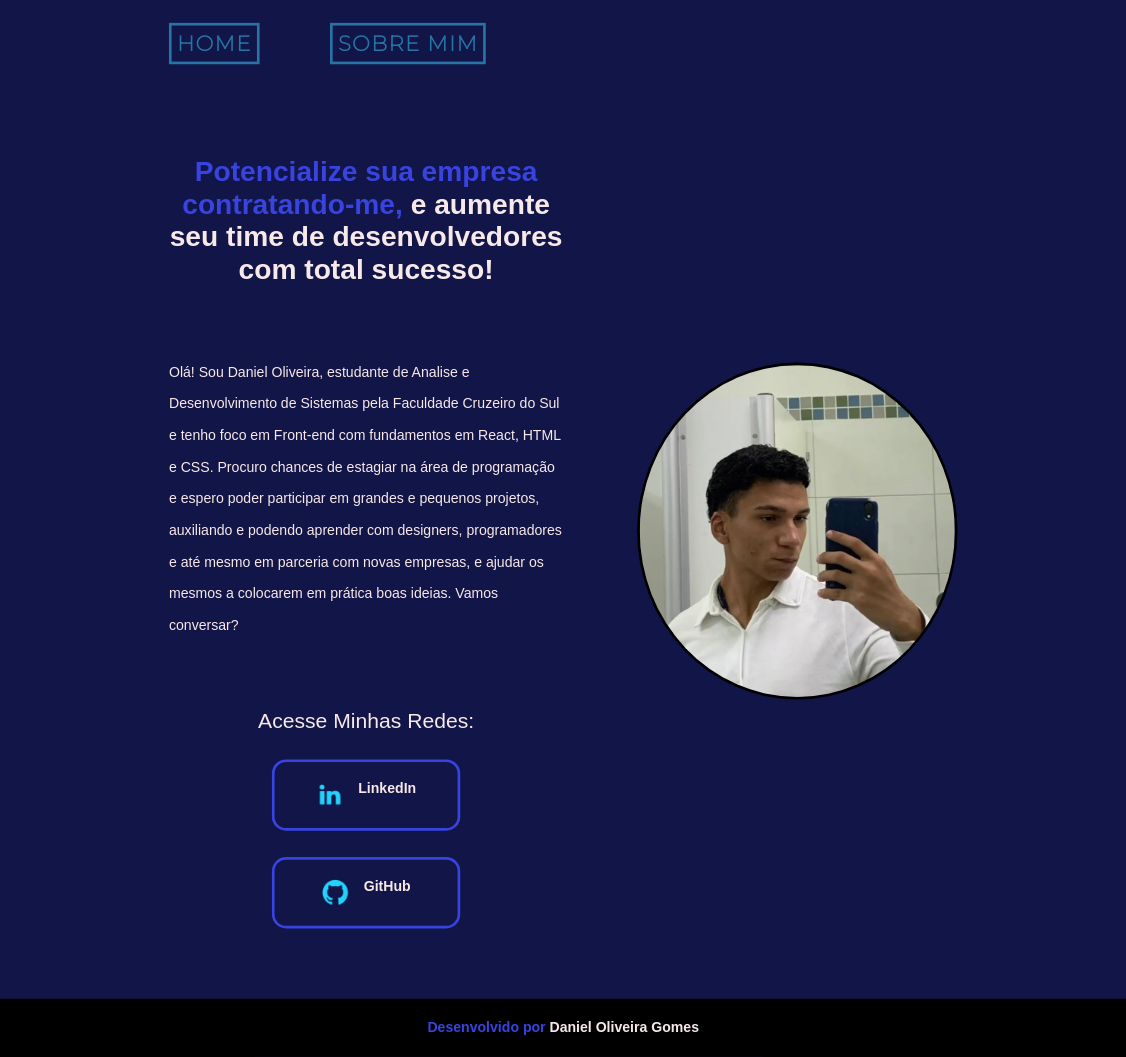
Repository: DamnDTX/Portfolio-Daniel-Oliveira-1
Page: index.html
An editor plug-in stored every save of this project. The page is shown before and after the next save, followed by the edit.
The browser window is 1280 px wide. The pictures show the whole page, at 88% of full size.
Some web fonts or font styles are not loaded; a fallback is used.

Above is the page before, as saved 2023-07-24 17:38:27.

### index.html
<!DOCTYPE html>
<html lang="pt-br">
<head>
    <meta charset="UTF-8">
    <meta name="viewport" content="width=device-width, initial-scale=1.0">
    <meta http-equiv="X-UA Compatible" content="IE=edge">
    <link href="./styles/styles.css" rel="stylesheet">
    <title>
        portfolio
    </title>
</head>
<body>
    <header class="cabecalho">
        <nav class="cabecalho__menu">
            <a class="cabecalho__menu__link" href="index.html">Home</a>
            <a class="cabecalho__menu__link" href="about.html">Sobre Mim</a>
        </nav>
    </header>
    <main class="principal">
        <section class="principal__conteudo">
            <h1 class="principal__conteudo__titulo">
       <strong>  Potencialize sua empresa contratando-me,</strong> e aumente seu time de desenvolvedores com
       total sucesso!
            </h1>

            <h4 class="principal__conteudo__apresentacao">
            Olá! Sou  Daniel Oliveira, estudante de Analise e Desenvolvimento de Sistemas pela Faculdade
            Cruzeiro do Sul e tenho  foco em Front-end com fundamentos em React, HTML e CSS.
                Procuro chances de estagiar na área de programação e espero poder participar em
                 grandes e pequenos projetos, auxiliando e podendo aprender com designers, programadores e
                 até
                 mesmo em parceria com novas empresas, e ajudar
                 os mesmos  a colocarem em prática boas ideias. Vamos conversar?
            </h4>
            <div class="principal__links">
                <h2 class="principal__links__subtitulo">Acesse Minhas Redes:</h2>
            <a class="principal__links__social" target="_blank" href="https://www.linkedin.com/in/daniel-oliveira-gomes-3470511b6/">
                    <img src="./assets/Logo linkedin.png" alt="linkeidn_logo">
                LinkedIn
                    </a>
            <a class="principal__links__social" target="_blank" href="https://github.com/DamnDTX/">
              <img src="./assets/Logo Github.png" alt="github_logo">
              GitHub
            </a>

            </div>
        </section>
        <img class="eu" alt="minha_pessoa" src="./assets/Eu.jpeg">
    </main>


    <footer class="rodape">
        <h4>Desenvolvido por <strong class="desenvolvedor">Daniel Oliveira Gomes</strong></h4>
    </footer>
</body>

### styles/styles.css
@import url('https://fonts.googleapis.com/css2?family=Abril+Fatface&family=Krona+One&family=Montserrat:wght@100;200&display=swap');
@import url('https://fonts.googleapis.com/css2?family=Abril+Fatface&family=Krona+One&family=Montserrat:wght@100&display=swap');

:root{
    --cor-de-destaques-menu:#3843E0;
    --cor-rover:#3843E0;
    --cor-dos-textos:#F8E9E9;

    --fonte-textos:'Montsserrat', sans-serif;
    --fonte-titulos:'Krona One', sans-serif;

}

*{
    margin: 0;
    padding: 0;
}

body{
    background-color: #121547;
    color: var(--cor-dos-textos);
    height: 100vh;
    box-sizing: border-box;
}
 /*O 100vh serve quando temos poucos elementos na página, quando o body não alcança tudo (quando há poucos
 elementos), quando não for o caso de termos poucos elementos, tiramos-o, ou melhor, não os usamos  */
strong{
    color: var(--cor-de-destaques-menu);
}

.cabecalho{
padding: 2% 0 0 15%;
}

.cabecalho__menu{
    display: flex;
    gap: 80px;
}

.cabecalho__menu__link  {
    font-size: 1.5rem;
    font-family: 'Montserrat', sans-serif;
    font-style: normal;
    font-weight: 600;
    line-height: normal;
    color: #2675a6;
    text-decoration: none;
    text-transform: uppercase;
    letter-spacing: 0.1rem;
    border-style: solid;
    border-color: #2675a6;
    padding: 6px;
    background-color: transparent;
}

.principal{
    display: flex;
    align-items: center;
    justify-content: space-between;
    padding: 5% 15%;
    gap: 40px;
}



.principal__conteudo    {
    width: 50%;
    display: flex;
    flex-direction: column;
    gap: 40px;
       }

.principal__conteudo__titulo    {
    font-family: var(--fonte-titulos);
    font-size: 2.0rem;
    text-align: center;
    margin-top: 40px;

}



.principal__conteudo__apresentacao  {
    font-family: var(--fonte-textos);
    display: flex;
    flex-direction: column;
    font-size: 1rem;
    font-style: normal;
    font-weight: 400;
    line-height: 36px;
    color: #F8E9E9;
    margin-top: 40px;
}

.eu {
    height: 40%;
    width: 40%;
    border-style: solid;
    border-color: black;
    border-radius: 50%;
    align-content: right;}

 .principal__links  {
        justify-content: space-between;
        flex-direction:column;
        align-items: center;
        display: flex;
        width: 50% auto;
        padding: 16px;
        justify-content: center;
        align-items: center;
        gap: 20px;

        .principal__links__social:hover{
            background-color: var(--cor-rover);
        }

       .cabecalho__menu__link:hover{
            background-color: #2675a6;
       }
 }
    .principal__links__subtitulo{
        font-family: var(--fonte-textos);
        font-weight: 400;
        margin-top: 20px;
        }


    .principal__links__social{
        background-color: transparent;
        color: var(--cor-dos-textos);
        width: 50%;
        height: 50%;
        text-align: center;
        border-radius: 16px;
        font-size: 1,5rem;
        padding: 21.5px 0;
        text-decoration: none;
        font-weight: 600;
        border-style: solid;
        display: flex;
        justify-content: center;
        gap: 16px;
        margin-top: 10px;
        border-color: var(--cor-de-destaques-menu);
        font-family: var(--fonte-textos);
    }

.logo{width: 28px;
    height: 28px;
    }

.rodape{font-size:  1,5rem;
    font-family: var(--fonte-textos);
    font-style: normal;
    font-weight: 400;
    line-height: 36px;
    background-color: black;
    text-align: center;
    color: var(--cor-de-destaques-menu);
    padding: 15px;
    flex-shrink: 0;
}

    .desenvolvedor{
        color: var(--cor-dos-textos);
    }


.daniel{
    height: 45%;
    width: 45%;
    border-style: solid;
    border-color: black;
    align-content: right;
    border-radius: 10% ;
}

@media (max-width:800px) {
    .cabecalho {
        padding: 10%;
    }

    .cabecalho__menu{
        justify-content: center;
    }

    .principal {
        flex-direction: column-reverse;
        padding: 5% 5%;
    }

    .principal__conteudo{
        width: auto;
        font-size: 1rem;
    }

    .eu{
        width: 50%;
        height: 50%;
        border-radius: 10%;
    }

}

After the next save:
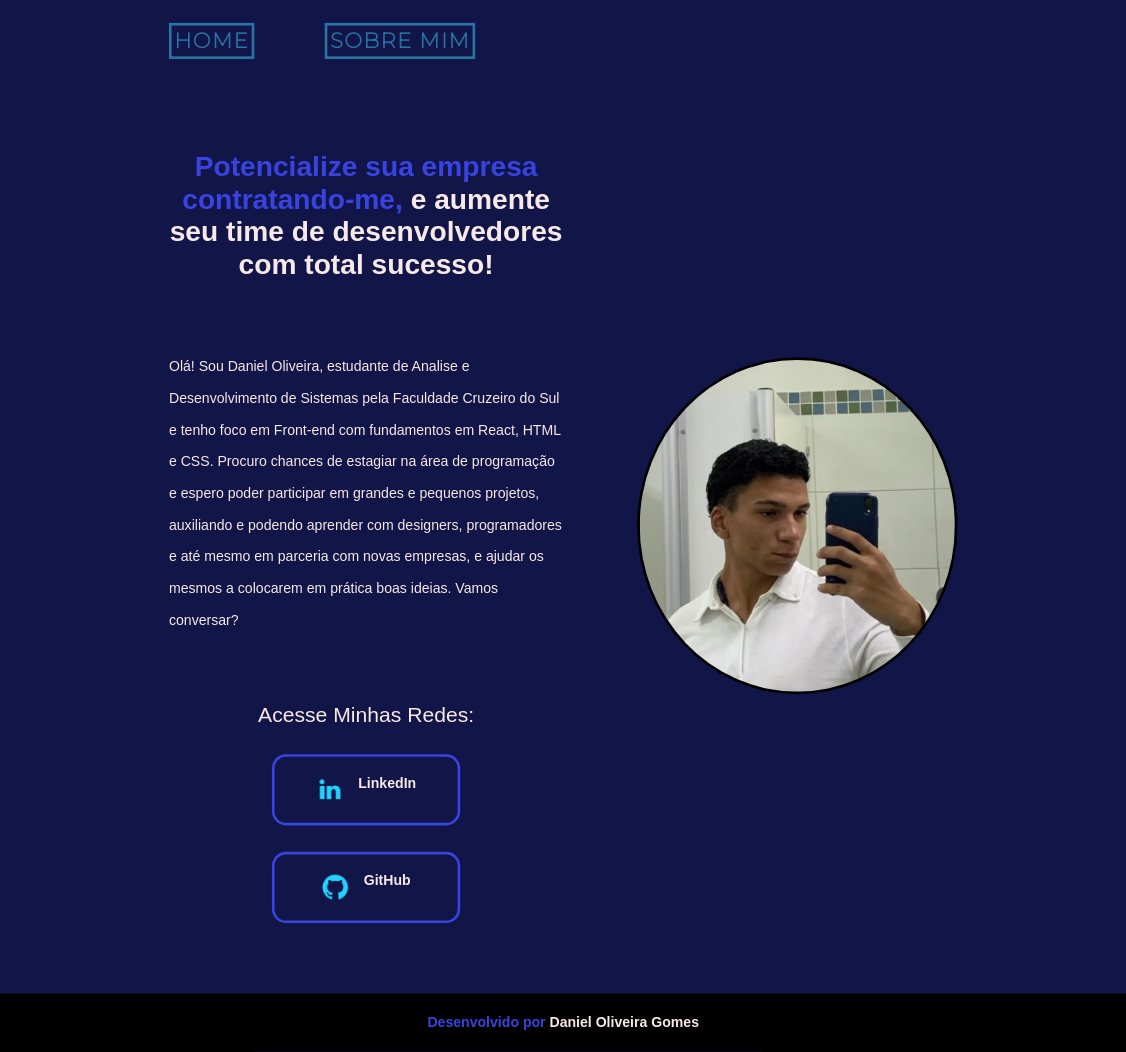
Saved 3 min 46 s later.
--- a/styles/styles.css
+++ b/styles/styles.css
@@ -49,7 +49,7 @@ padding: 2% 0 0 15%;
     letter-spacing: 0.1rem;
     border-style: solid;
     border-color: #2675a6;
-    padding: 6px;
+    padding: 3px;
     background-color: transparent;
 }
 
